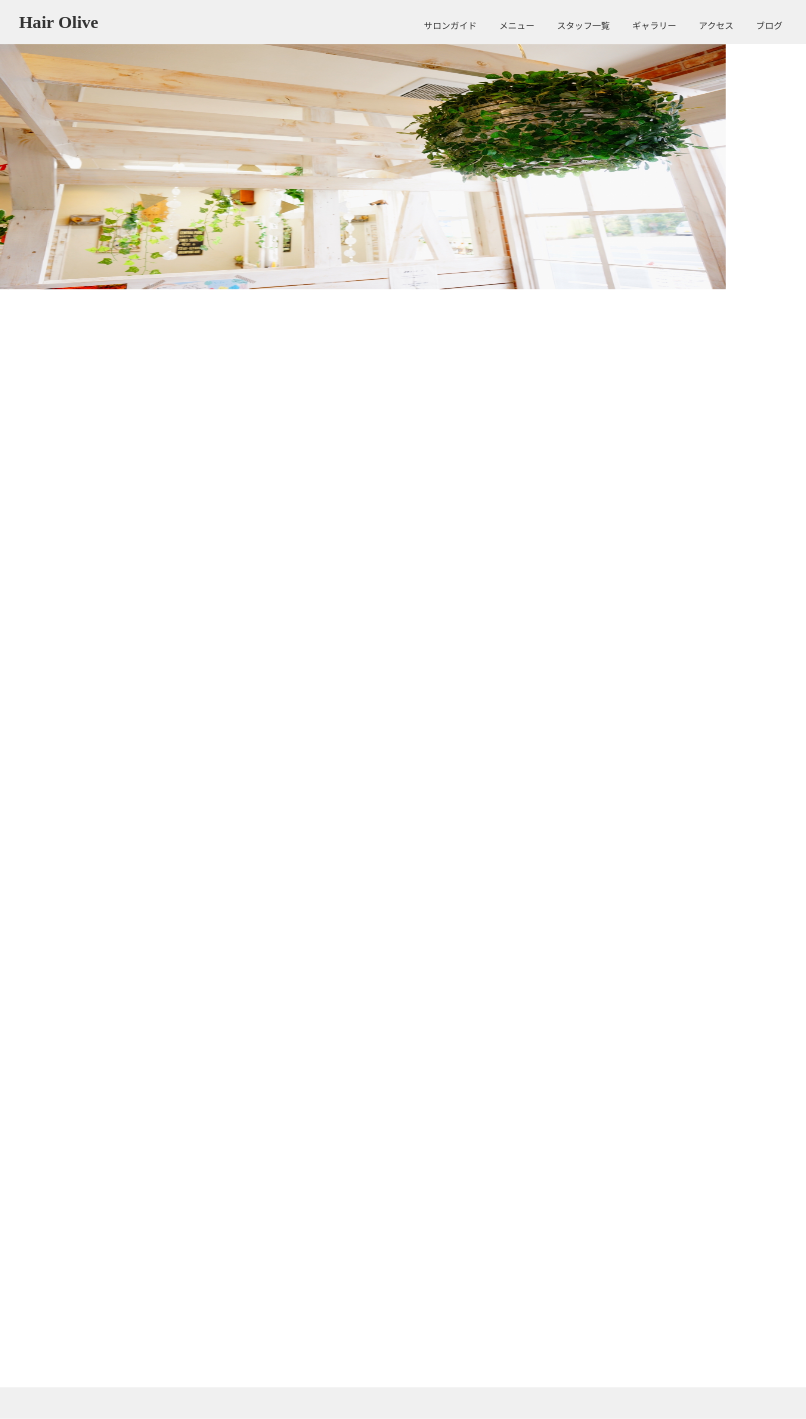
Repository: gorirawomen/first_app
Page: html_css/hair_olive/index.html
The author's editor kept a record of every edit. The page is drawn from the files as they stood at one moment, then again after the next edit.
The browser window is 1280 px wide. The pictures show the whole page, at 63% of full size.

Above is the page before.

After the next edit:
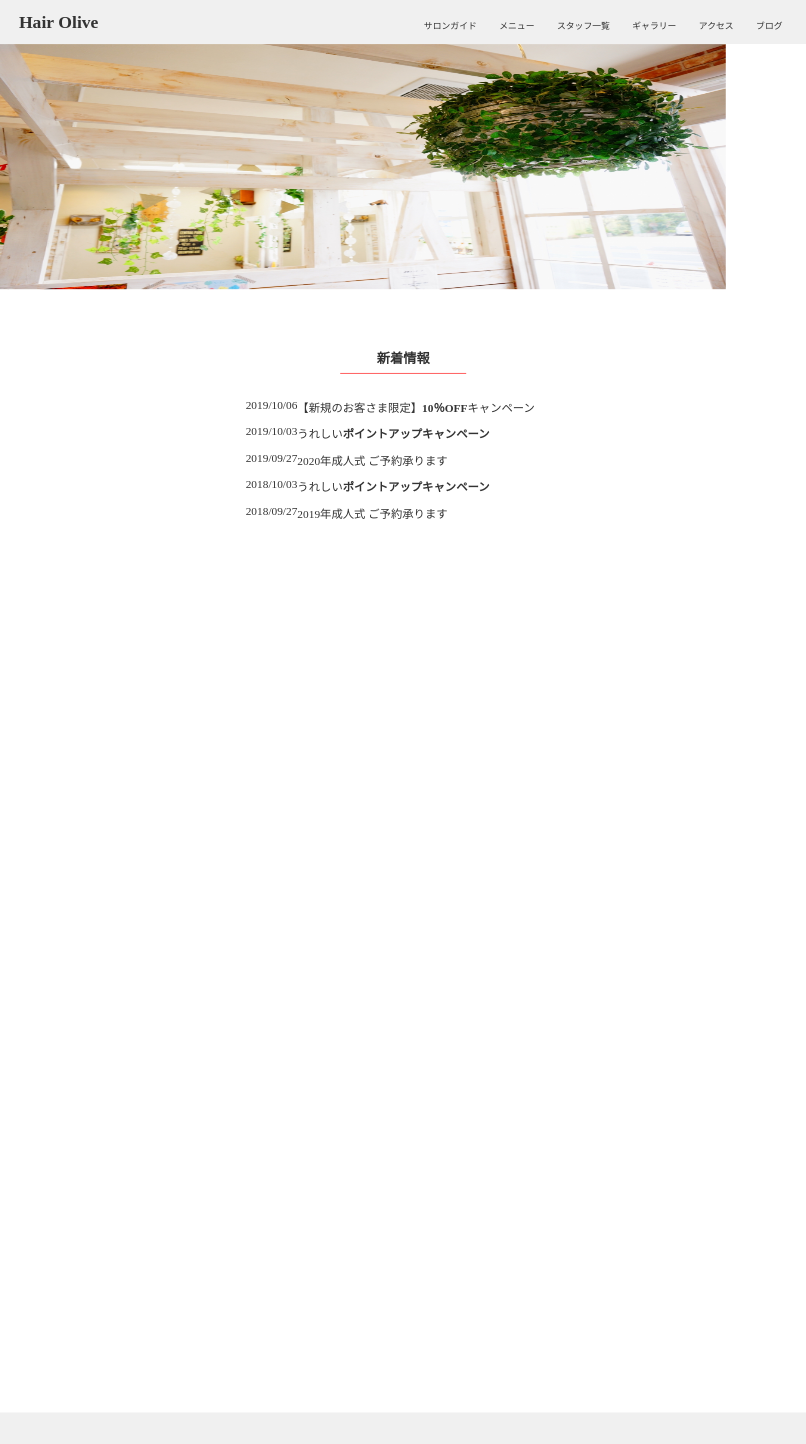
The edit:
--- a/html_css/hair_olive/index.html
+++ b/html_css/hair_olive/index.html
@@ -28,6 +28,29 @@
         <!-- 『トップ画像』を表示する -->
       </div>
       <div class="upper-content">
+        <h2 class="heading-name">新着情報</h2>
+        <ul class="messages">
+          <li class="message">
+            <div class="message-date">2019/10/06</div>
+            <div>【新規のお客さま限定】<b>10％OFF</b>キャンペーン</div>
+          </li>
+          <li class="message">
+            <div class="message-date">2019/10/03</div>
+            <div>うれしい<b>ポイントアップキャンペーン</b></div>
+          </li>
+          <li class="message">
+            <div class="message-date">2019/09/27</div>
+            <div>2020年成人式 ご予約承ります</div>
+          </li>
+          <li class="message">
+            <div class="message-date">2018/10/03</div>
+            <div>うれしい<b>ポイントアップキャンペーン</b></div>
+          </li>
+          <li class="message">
+            <div class="message-date">2018/09/27</div>
+            <div>2019年成人式 ご予約承ります</div>
+          </li>
+        </ul>
         <!-- 『新着情報』を表示する -->
       </div>
       <div class="middle-content">
